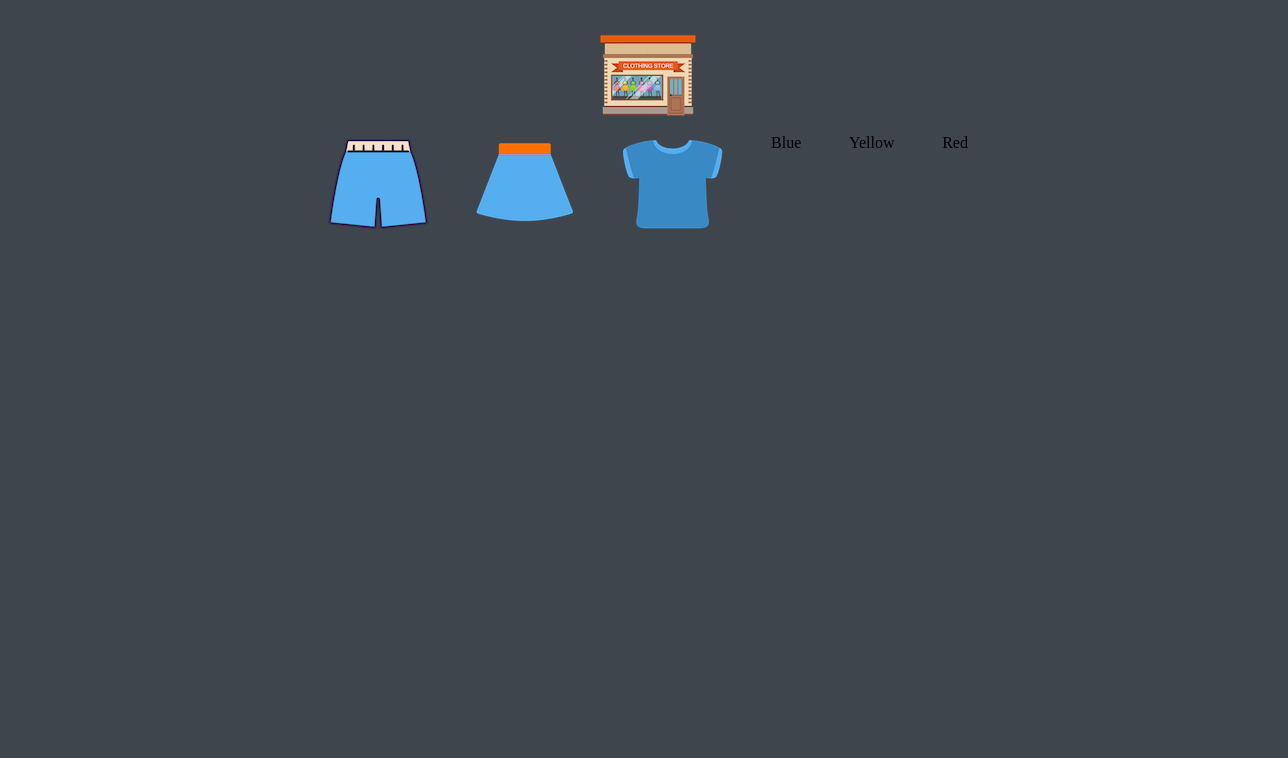
Repository: Jay-JYKim91/elle-shopping-mall
Page: index.html
The author's editor kept a copy of each file at every save. The page is drawn from the files as they stood at one save, then again after the next save.
The browser window is 1280 px wide. The page is 1288 px wide, so the pictures cover 1288 px, including what lies to the right of the window. The pictures show the whole page.

Above is the page before, as saved 2021-07-26 19:29:56.

### index.html
<!DOCTYPE html>
<html lang="en">
  <head>
    <meta charset="UTF-8" />
    <meta name="viewport" content="width=device-width, initial-scale=1.0" />
    <title>Online Shopping</title>
    <link rel="stylesheet" href="style.css" />
    <script src="src/main.js" defer></script>
  </head>
  <body>
    <div class="container">
      <div class="logo">
        <img src="./img/logo.png" alt="logo">
      </div>
      <div class="options">
        <img src="./img/blue_p.png" alt="">
        <img src="./img/blue_s.png" alt="">
        <img src="./img/blue_t.png" alt="">
        <div class="color-box blue">Blue</div>
        <div class="color-box yellow">Yellow</div>
        <div class="color-box red">Red</div>
      </div>
      <div class="lists">

      </div>
    </div>
  </body>
</html>

### style.css
:root {
  /* color */
  --color-black: #3f454d;
  --color-white: #ffffff;
  --color-blue: #3b88c3;
  --color-yellow: #fbbe28;
  --color-pink: #fd7f84;
  --color-light-grey: #dfdfdf;
}

* {
  box-sizing: border-box;
}
body {
  background-color: var(--color-black);
  height: 100vh;
  width: 100vw;
}
.container {
  text-align: center;
  width: 50vw;
  height: 70vh;
  margin: 30px auto;
}
.options {
  display: flex;
  justify-content: space-between;
}

Loaded but not shown: src/main.js (no copy from this time; the picture is the same without it)

After the next save:
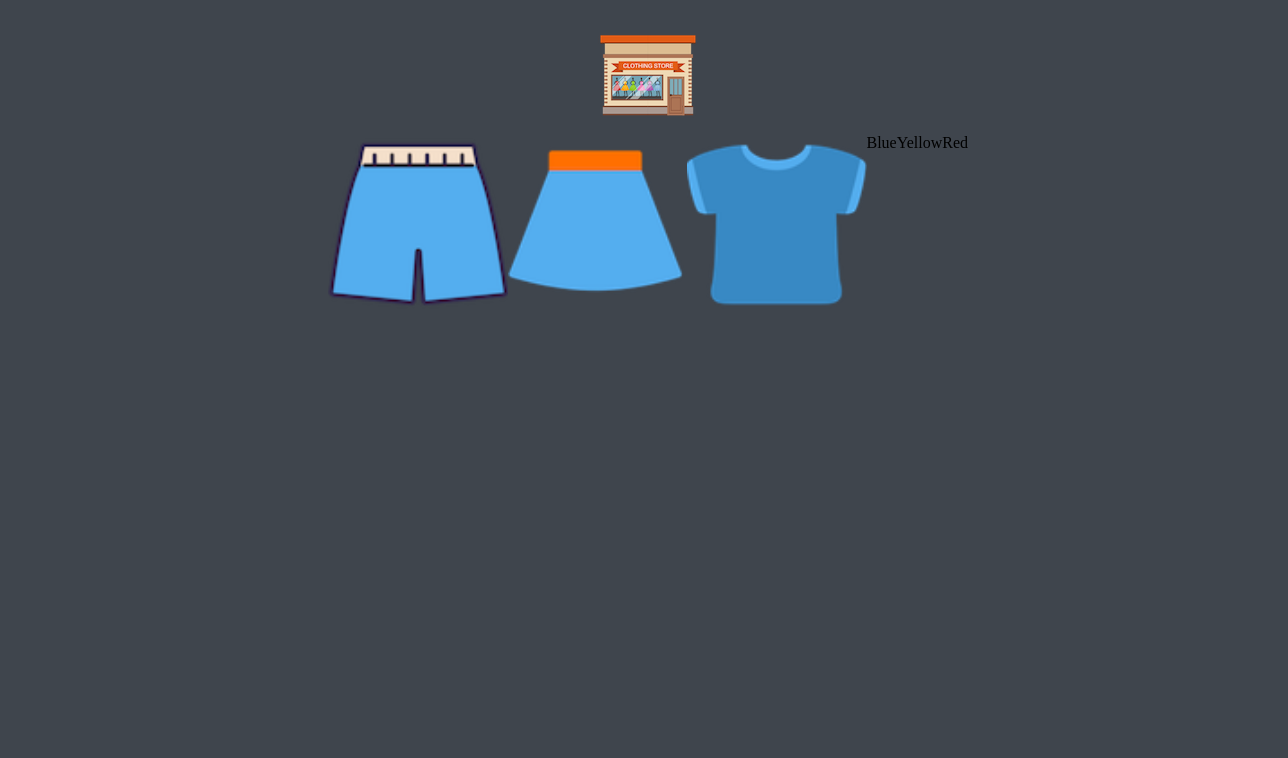
Saved 30 s later.
--- a/style.css
+++ b/style.css
@@ -26,3 +26,8 @@ body {
   display: flex;
   justify-content: space-between;
 }
+.options img {
+  width: 200px;
+}
+.color-box {
+}
